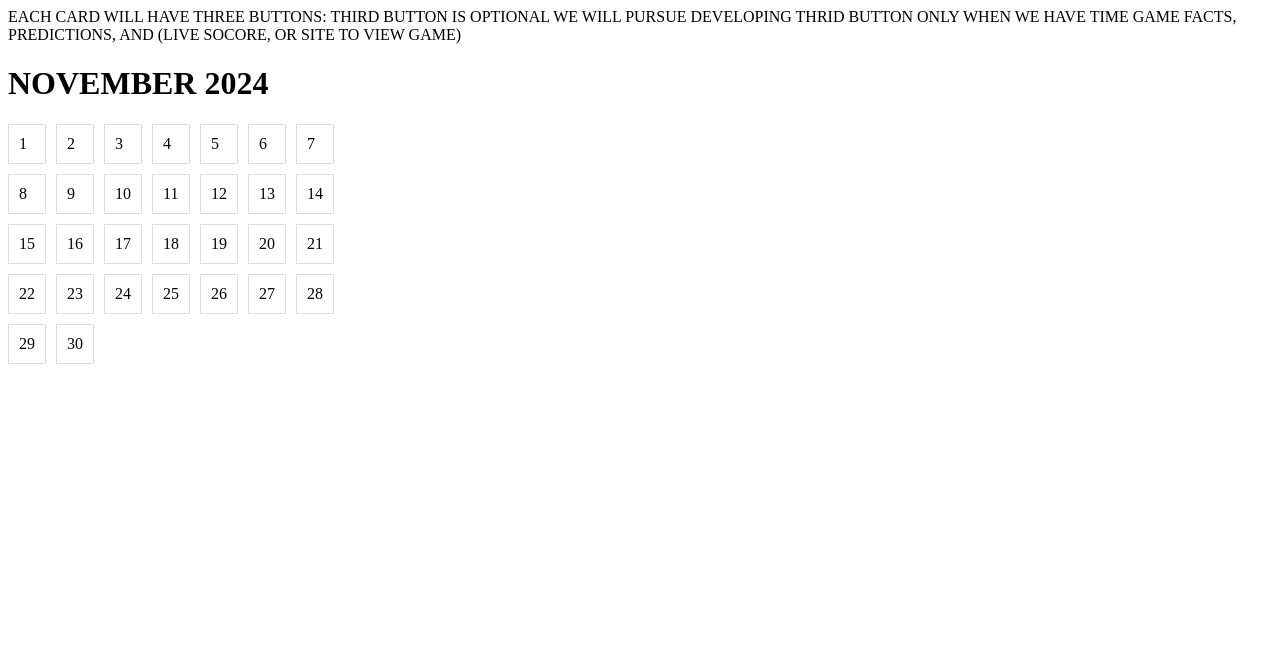
Repository: bredernd/Sports-Analytics
Page: http://localhost/CPS298_Nba/calendar
An editor plug-in stored every save of this project. The page is shown before and after the next save, followed by the edit.
The browser window is 1280 px wide. The pictures show the whole page.
The page is served by Tomcat 9. Other server files are loaded and not shown.

Above is the page before, as saved 2024-11-06 18:50:48.

### NBAProj/CPS298_Nba/src/main/webapp/WEB-INF/Dispatcher-servlet.xml
<?xml version="1.0" encoding="UTF-8"?>
<beans xmlns="http://www.springframework.org/schema/beans"
	xmlns:xsi="http://www.w3.org/2001/XMLSchema-instance"
	xmlns:context="http://www.springframework.org/schema/context"
	xmlns:mvc="http://www.springframework.org/schema/mvc"
	xmlns:tx="http://www.springframework.org/schema/tx"
	xsi:schemaLocation="http://www.springframework.org/schema/mvc http://www.springframework.org/schema/mvc/spring-mvc-4.3.xsd
		http://www.springframework.org/schema/beans http://www.springframework.org/schema/beans/spring-beans.xsd
		http://www.springframework.org/schema/context http://www.springframework.org/schema/context/spring-context-4.3.xsd
		http://www.springframework.org/schema/tx http://www.springframework.org/schema/tx/spring-tx-4.3.xsd">


	<context:component-scan
		base-package="com.cps298.nba">
	</context:component-scan>
	<mvc:annotation-driven></mvc:annotation-driven>
	<mvc:resources mapping="/resources/**" location="/resources/"></mvc:resources>
	<bean id="viewResolver"
		class="org.springframework.web.servlet.view.InternalResourceViewResolver">
	<property name="prefix" value="/WEB-INF/Views/"></property>
	<property name="suffix" value=".jsp"></property>
	</bean>

<!-- 	<bean id="myDataSource" -->
<!-- 		class="com.mchange.v2.c3p0.ComboPooledDataSource"> -->
<!-- 	<property name="driverClass" value="com.mysql.cj.jdbc.Driver"></property> -->
<!-- 	<property name="user" value="hbstudent"></property> -->
<!-- 	<property name="password" value="hbstudent"></property> -->
<!-- 	<property name="jdbcUrl" -->
<!-- 		value="jdbc:mysql://localhost:3306/movies?useSSL=false"> -->
<!-- 	</property> -->
<!-- 	<property name="minPoolSize" value="5"></property> -->
<!-- 	<property name="maxPoolSize" value="30"></property> -->
<!-- 	<property name="maxIdleTime" value="30000"></property> -->
<!-- 	</bean> -->
<!-- 	<bean id="sessionFactory" -->
<!-- 		class="org.springframework.orm.hibernate5.LocalSessionFactoryBean"> -->
<!-- 	<property name="dataSource" ref="myDataSource"></property> -->
<!-- 	<property name="packagesToScan" -->
<!-- 		value="com.cps298.nba.entity"> -->
<!-- 	</property> -->
<!-- 	<property name="hibernateProperties"> -->
<!-- 	<props> -->
<!-- 	<prop key="hibernate.dialect">org.hibernate.dialect.MySQLDialect</prop> -->
<!-- 	<prop key="hibernate.show_sql">true</prop> -->
<!-- 	</props> -->
<!-- 	</property> -->
<!-- 	</bean> -->
<!-- 	<bean id="myTransactionalManager" -->
<!-- 		class="org.springframework.orm.hibernate5.HibernateTransactionManager"> -->
<!-- 	<property name="sessionFactory" ref="sessionFactory"></property> -->
<!-- 	</bean> -->
<!-- 	<tx:annotation-driven transaction-manager="myTransactionalManager" /> -->
</beans>

### NBAProj/CPS298_Nba/src/main/webapp/WEB-INF/Views/calendar.jsp
<%@ page language="java" contentType="text/html; charset=ISO-8859-1"
    pageEncoding="ISO-8859-1"%>
<!DOCTYPE html>
<html>
<head>
<meta charset="ISO-8859-1">
<title>Calendar</title>

<style>
	.body{
	display: flex;
	justify-content: center;
	align-items: center;
	}

	.calendar {
	display: grid;
	grid-template-columns: repeat(7, 1fr);
	gap: 10px;
	width: fit-content;
	height: fit-content;
	}

    .day {
    border: 1px solid #ddd;
    padding: 10px;
    }
</style>
</head>
<body>


EACH CARD WILL HAVE THREE BUTTONS: THIRD BUTTON IS OPTIONAL
WE WILL PURSUE DEVELOPING THRID BUTTON ONLY WHEN WE HAVE TIME
GAME FACTS, PREDICTIONS, AND (LIVE SOCORE, OR SITE TO VIEW GAME)

    <h1>${month} ${year}</h1>

    <div class="calendar">
        ${calendarHtml}
    </div>


</body>
</html>

### NBAProj/CPS298_Nba/src/main/java/com/cps298/nba/controller/MainController.java
package com.cps298.nba.controller;

import java.time.LocalDate;

import org.springframework.beans.factory.annotation.Autowired;
import org.springframework.stereotype.Controller;
import org.springframework.ui.Model;
import org.springframework.web.bind.annotation.RequestMapping;

import com.cps298.nba.service.CalendarService;

@Controller
public class MainController {

    @Autowired
    private CalendarService calendarService;

	@RequestMapping("/")
	public String home() {
		return "home";
	}

	@RequestMapping("/calendar")
	public String calendar(Model model) {
        LocalDate now = LocalDate.now();
        int year = now.getYear();
        int month = now.getMonthValue();

        // Use the service to generate the HTML
        String calendarHtml = calendarService.generateCalendarHtml(year, month);

        model.addAttribute("calendarHtml", calendarHtml);
        model.addAttribute("month", now.getMonth());
        model.addAttribute("year", year);

		return "calendar";
	}

	@RequestMapping("/news")
	public String news() {
		return "news";
	}

	@RequestMapping("/gameFacts")
	public String gameFacts() {
		return "gameFacts";
	}

	@RequestMapping("/predictions")
	public String predictions() {
		return "predictions";
	}
}

### NBAProj/CPS298_Nba/src/main/java/com/cps298/nba/service/CalendarService.java
package com.cps298.nba.service;

import java.time.LocalDate;
import java.time.YearMonth;

import org.springframework.stereotype.Service;

@Service
public class CalendarService {

    public String generateCalendarHtml(int year, int month) {
        StringBuilder calendarHtml = new StringBuilder();
        YearMonth yearMonth = YearMonth.of(year, month);

        for (int day = 1; day <= yearMonth.lengthOfMonth(); day++) {
            calendarHtml.append("<div class='day'>").append(day).append("</div>");
        }

        return calendarHtml.toString();
    }

}

After the next save:
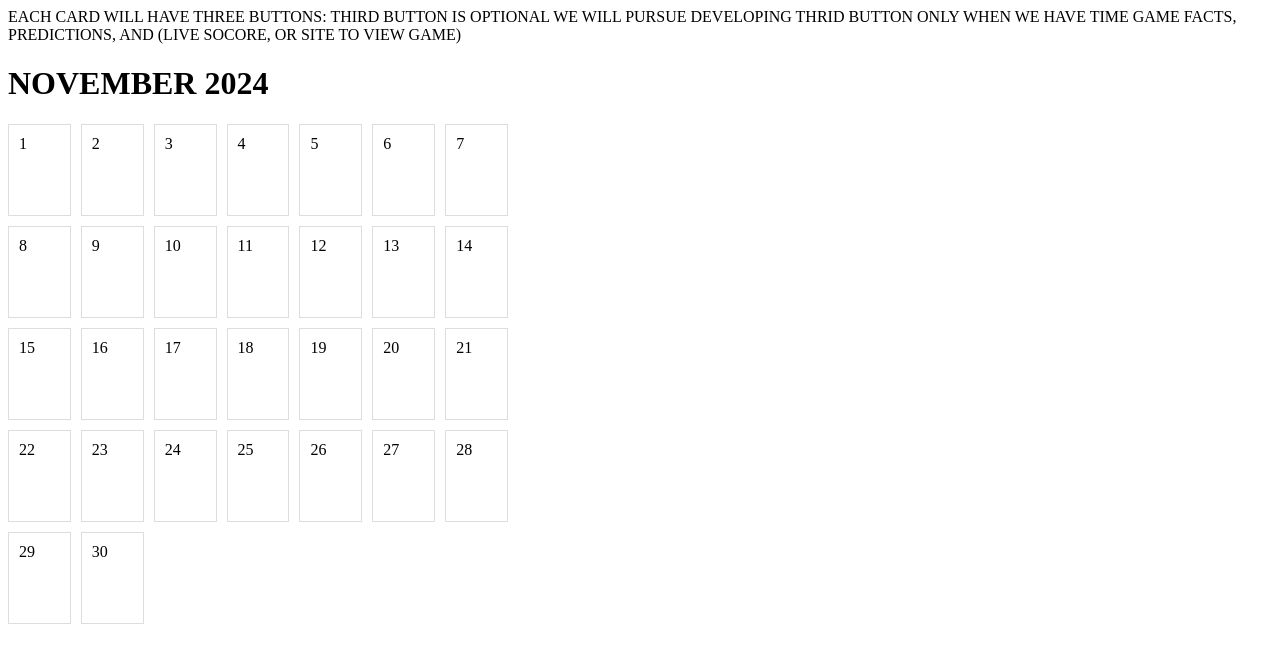
Saved 33 s later.
--- a/NBAProj/CPS298_Nba/src/main/webapp/WEB-INF/Views/calendar.jsp
+++ b/NBAProj/CPS298_Nba/src/main/webapp/WEB-INF/Views/calendar.jsp
@@ -17,8 +17,8 @@
 	display: grid;
 	grid-template-columns: repeat(7, 1fr);
 	gap: 10px;
-	width: fit-content;
-	height: fit-content;
+	width: 500px;
+	height: 500px;
 	}
 
     .day {
